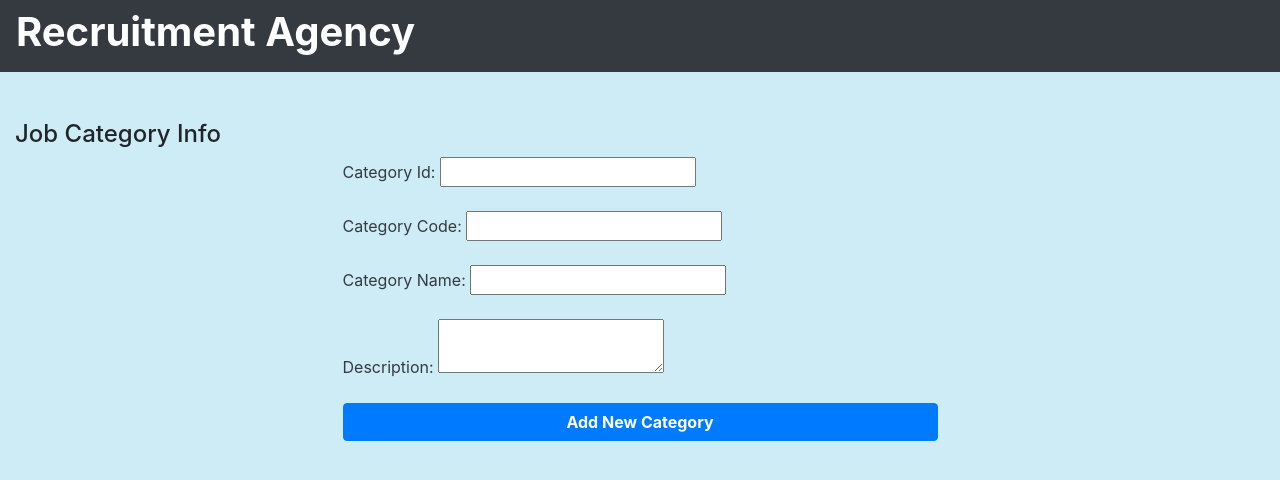
Repository: ism-shahriar/RecruitmentAgencyPortal
Page: http://localhost/index
An editor plug-in stored every save of this project. The page is shown before and after the next save, followed by the edit.
The browser window is 1280 px wide. The pictures show the whole page.
The page is this project's Thymeleaf template; nobody is signed in. The template is opened directly, without the code that normally fills it, so the values that code supplies are empty.

Above is the page before, as saved 2020-04-17 06:17:59.

### MicroServiceJobCat/src/main/resources/templates/index.html
<!DOCTYPE html>
<html xmlns:th="http://www.thymeleaf.org">
<head>
<meta charset="ISO-8859-1">
<title>Job Category</title>
</head>
<link rel="stylesheet"
	href="https://maxcdn.bootstrapcdn.com/bootstrap/4.4.1/css/bootstrap.min.css">
<body style="background-color: #CEECF5">
<nav class="navbar navbar-expand-sm bg-dark navbar-dark">

		<h1 style="font-weight: bold; color: white">Recruitment Agency</h1>
	</nav>
	<div class="container-fluid" style="background-color: #CEECF5">
	<br><br><h4>Job Category Info</h4>
		<form class="container text-dark" style="width: 50%" action="add" method="POST">
			Category Id: <input type="text" name="catId" /><br></br>
			Category Code: <input type="text" name="catCode" /><br></br>
			Category Name: <input type="text" name="catName" /><br></br>
			Description: <textarea name="catDesc"></textarea><br></br>

			<button type="submit" class="btn btn-primary mb-2"
				style="width: 100%; font-weight: bold">Add New Category</button>
</form>

	</div>

</body>
</html>

After the next save:
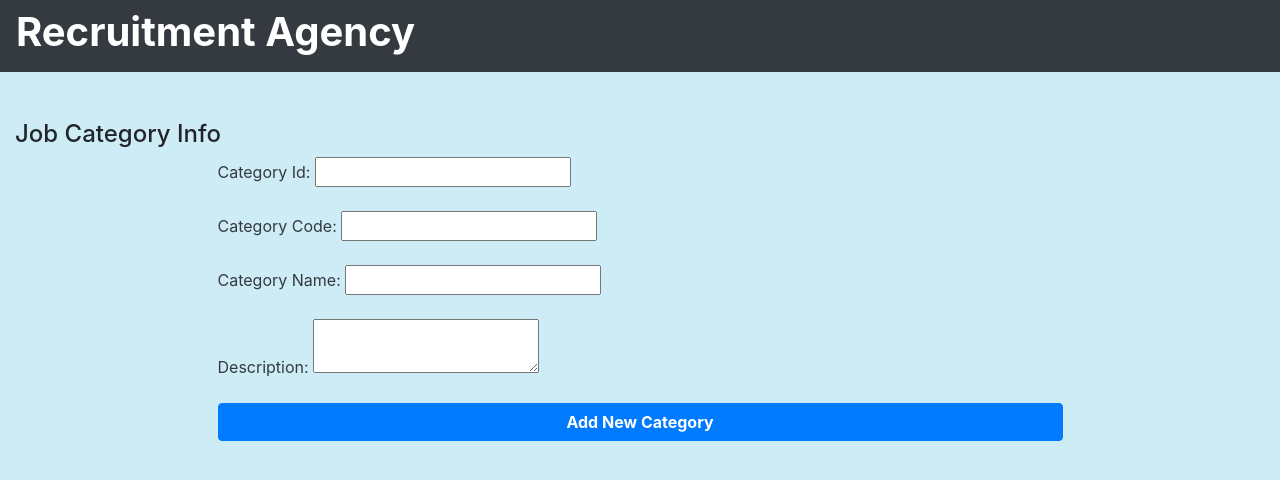
Saved 81 s later.
--- a/MicroServiceJobCat/src/main/resources/templates/index.html
+++ b/MicroServiceJobCat/src/main/resources/templates/index.html
@@ -8,12 +8,11 @@
 	href="https://maxcdn.bootstrapcdn.com/bootstrap/4.4.1/css/bootstrap.min.css">
 <body style="background-color: #CEECF5">
 <nav class="navbar navbar-expand-sm bg-dark navbar-dark">
-
-		<h1 style="font-weight: bold; color: white">Recruitment Agency</h1>
-	</nav>
+	<h1 style="font-weight: bold; color: white">Recruitment Agency</h1>
+</nav>
 	<div class="container-fluid" style="background-color: #CEECF5">
 	<br><br><h4>Job Category Info</h4>
-		<form class="container text-dark" style="width: 50%" action="add" method="POST">
+		<form class="container text-dark" style="width: 70%" action="add" method="POST">
 			Category Id: <input type="text" name="catId" /><br></br>
 			Category Code: <input type="text" name="catCode" /><br></br>
 			Category Name: <input type="text" name="catName" /><br></br>
